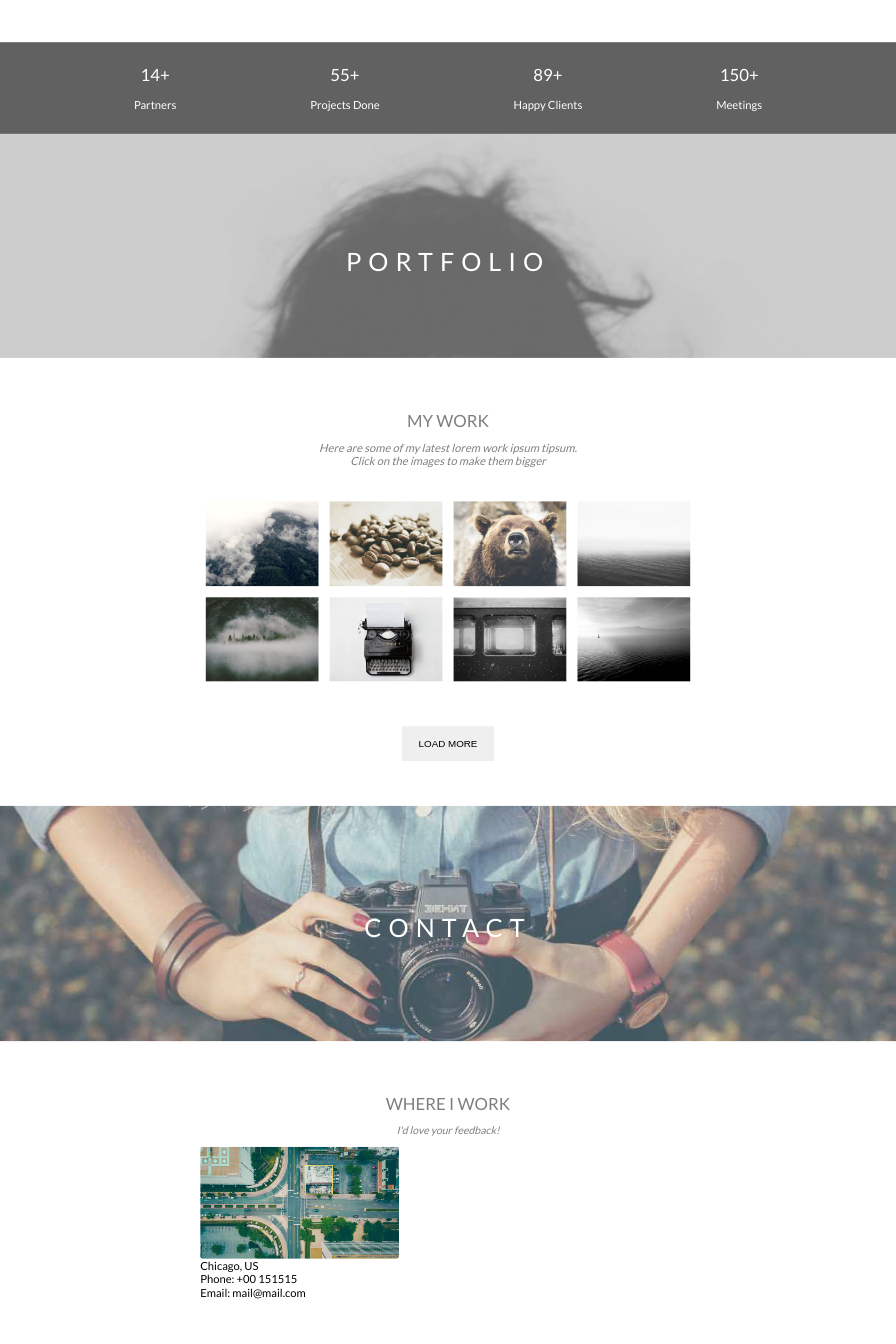
Repository: xd25vn/project-error
Page: index.html
An editor plug-in stored every save of this project. The page is shown before and after the next save, followed by the edit.
The browser window is 1280 px wide. The pictures show the part of the page from y = 1775 to 3695 px (the page is 3695 px tall before and 3638 px after), at 70% of full size.

Above is the page before, as saved 2023-09-03 17:31:04.

After the next save:
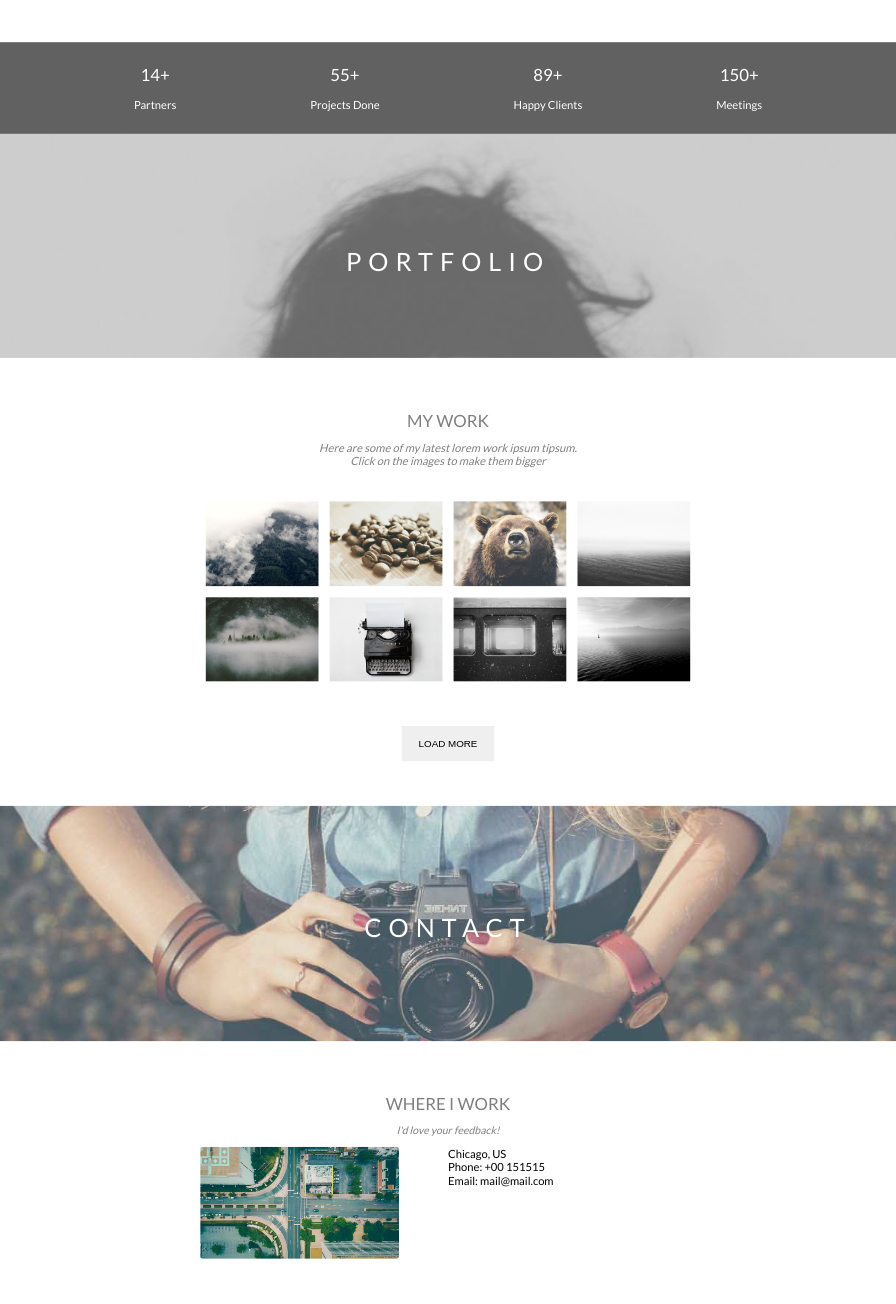
Saved 31 s later.
--- a/assets/main.css
+++ b/assets/main.css
@@ -344,6 +344,11 @@ header .nav-icon-search:hover i {
     opacity: 0.5;
 }
 
+#content #map-work .inf-map {
+    display: flex;
+}
+
+
 #content #map-work .inf-map .map-img {
     width: 50%;
 }
